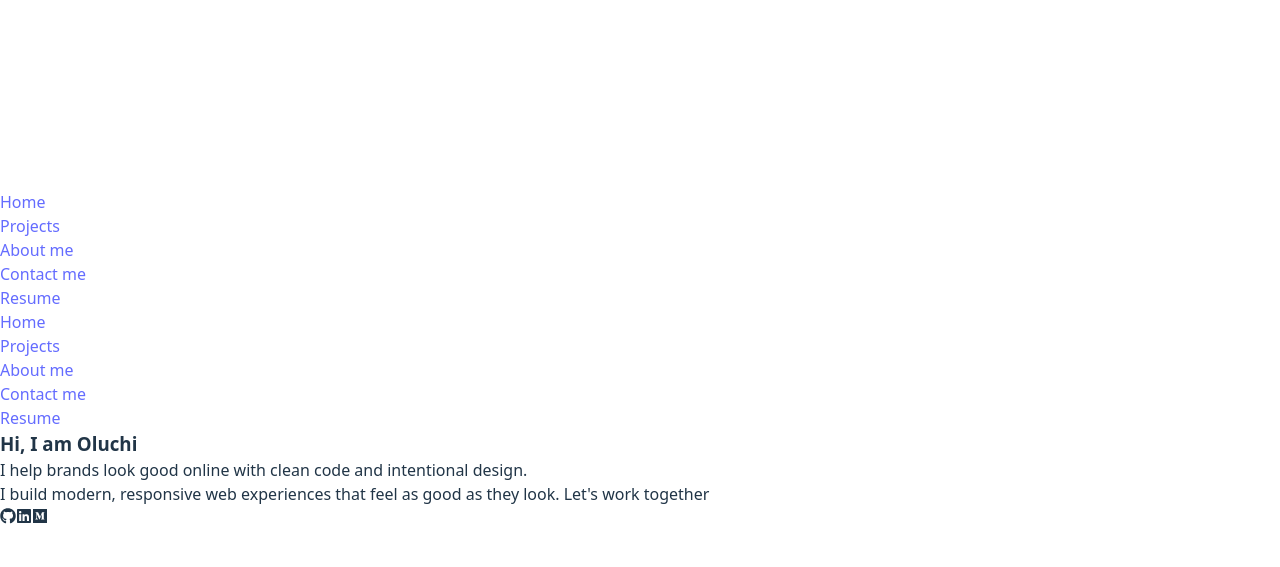
Repository: ooluchi/portfolio_
Page: / (app in my-react-app/)
These files come from the project's save history. The page is drawn as it stood at one moment and after the next save; the edit follows.
The browser window is 1280 px wide. The pictures show the whole page.
The project was rebuilt for these pictures with package versions that can differ from the ones it lists, and the page was loaded fresh each time. Also part of the build but not shown: my-react-app/vite.config.ts.

Above is the page before, as saved 2025-11-16 03:10:47.

### my-react-app/src/App.tsx


import './App.css'
import Home from './components/Home'
import NavBar from './components/NavBar'

export default function App() {

  return (
    <>
    <NavBar />
    <Home />
    </>
  )
}

### my-react-app/src/components/Home.tsx
import NavBar from './NavBar'
import { FaGithub, FaLinkedin, FaMedium } from "react-icons/fa";

export default function Home() {
  return (
    <div>
      <NavBar />
      <div>
        <h3>Hi, I am Oluchi</h3>
        <p>I help brands look good online with clean code and intentional design.</p>
        <p>I build modern, responsive web experiences that feel as good as they look. Let's work together</p>
      </div>
      <div>
        <a>

        </a>
        <FaGithub/>
        <FaLinkedin />
        <FaMedium />
      </div>
    </div>
  )
}

### my-react-app/src/components/NavBar.tsx
import React from 'react'

export default function NavBar() {
  return (
    <nav>
      <div>
        <ul>
          <li><a href="#hero">Home</a></li>
          <li><a href="#projects">Projects</a></li>
          <li><a href="#about">About me</a></li>
          <li><a href="#contact">Contact me</a></li>
          <li><a href="">Resume</a></li>
        </ul>

      </div>

    </nav>
  )
}

Loaded but not shown: my-react-app/index.html (common file); my-react-app/src/main.tsx (common file); my-react-app/src/index.css (common file); my-react-app/src/App.css (common file)

After the next save:
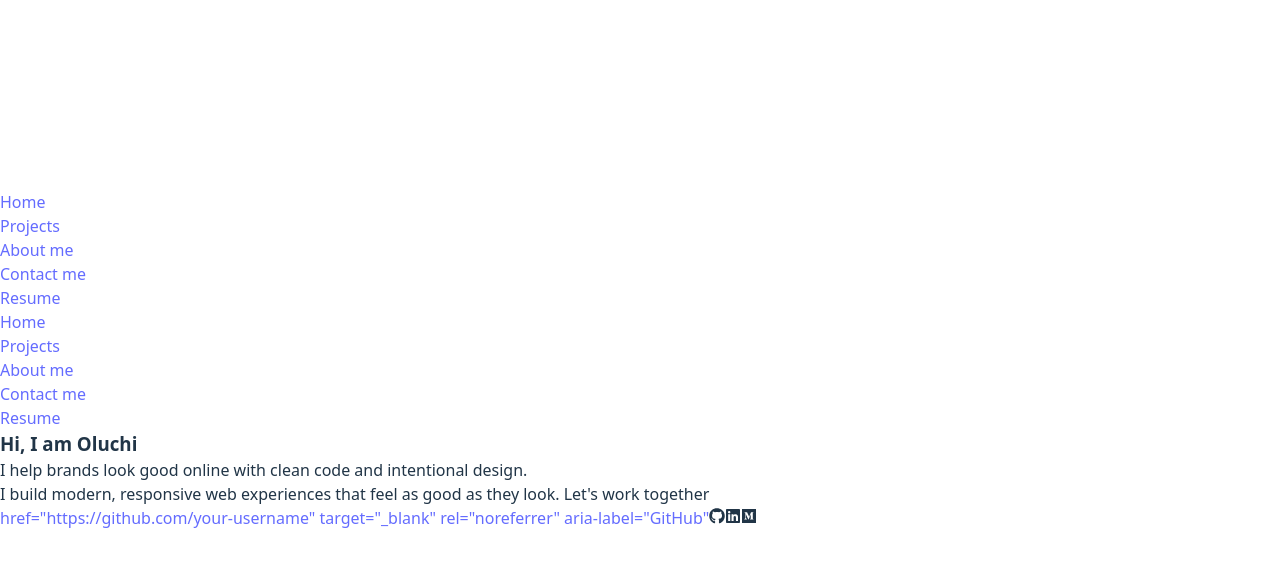
Saved 12 s later.
--- a/my-react-app/src/components/Home.tsx
+++ b/my-react-app/src/components/Home.tsx
@@ -12,7 +12,10 @@ export default function Home() {
       </div>
       <div>
         <a>
-
+          href="https://github.com/your-username"
+    target="_blank"
+    rel="noreferrer"
+    aria-label="GitHub"
         </a>
         <FaGithub/>
         <FaLinkedin />
